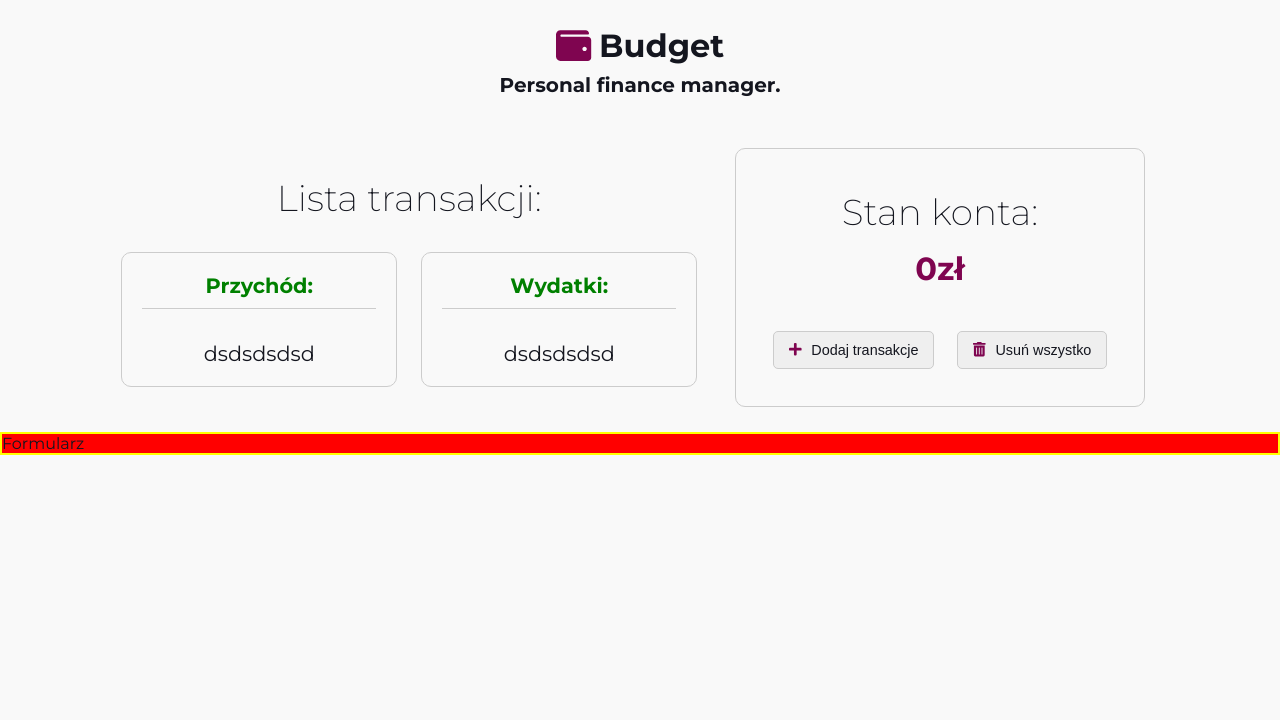
Repository: KrzysKolo/sr_tydzien4_zad4
Page: /
These files come from the project's save history. The page is drawn as it stood at one moment and after the next save; the edit follows.
The browser window is 1280 px wide. The pictures show the whole page.
Some web libraries are served in a nearby version. The project was rebuilt for these pictures with package versions that can differ from the ones it lists, and the page was loaded fresh each time.

Above is the page before, as saved 2020-11-30 09:51:05.

### public/index.html
<!DOCTYPE html>
<html lang="en">
  <head>
    <meta charset="utf-8" />
    <link rel="icon" href="%PUBLIC_URL%/favicon.ico" />
    <meta name="viewport" content="width=device-width, initial-scale=1" />
    <meta name="theme-color" content="#000000" />
    <meta
      name="description"
      content="Web site created using create-react-app"
    />
    <link rel="apple-touch-icon" href="%PUBLIC_URL%/logo192.png" />
    <!--
      manifest.json provides metadata used when your web app is installed on a
      user's mobile device or desktop. See https://developers.google.com/web/fundamentals/web-app-manifest/
    -->
    <link rel="manifest" href="%PUBLIC_URL%/manifest.json" />
    <!--
      Notice the use of %PUBLIC_URL% in the tags above.
      It will be replaced with the URL of the `public` folder during the build.
      Only files inside the `public` folder can be referenced from the HTML.

      Unlike "/favicon.ico" or "favicon.ico", "%PUBLIC_URL%/favicon.ico" will
      work correctly both with client-side routing and a non-root public URL.
      Learn how to configure a non-root public URL by running `npm run build`.
    -->
    <link
      href="https://fonts.googleapis.com/css?family=Montserrat:200,400,700&display=swap&subset=latin-ext"
      rel="stylesheet"
    />
    <script
      src="https://kit.fontawesome.com/327a0d490c.js"
      crossorigin="anonymous"
    ></script>
    <title>Budget</title>
  </head>
  <body>
    <noscript>You need to enable JavaScript to run this app.</noscript>
    <div id="root"></div>
    <!--
      This HTML file is a template.
      If you open it directly in the browser, you will see an empty page.

      You can add webfonts, meta tags, or analytics to this file.
      The build step will place the bundled scripts into the <body> tag.

      To begin the development, run `npm start` or `yarn start`.
      To create a production bundle, use `npm run build` or `yarn build`.
    -->
  </body>
</html>

### src/App.js
import React from 'react';
import Budget from './components/Budget'

const App = () => {
  return (
    <>
      <Budget/>
    </>
  )
}

export default App;

### src/components/Budget.js
import React from 'react';
import Header from './budgetComponents/Header';
import Section from './budgetComponents/Section';
import SectionInfo from './budgetComponents/SectionInfo';
import H2 from './budgetComponents/sectionComponents/H2';
import Form from './budgetComponents/Form';
import styled, { createGlobalStyle } from 'styled-components';

const GlobalStyle = createGlobalStyle`
    * {
        padding: 0;
        margin: 0;
        box-sizing: border-box;
    }
    body {
        background-color: #f9f9f9;
        color: #14161f;
        font-family: "Montserrat", sans-serif;
        font-size: 16px;
        min-height: 100vh;
    }
    `;
const Container = styled.main`
    font-size: 1.5rem;
`;
const SectionContainer = styled.section`
    display: flex;
    flex-direction: row;
    justify-content: center;
    align-items: center;
`;
const SectionBudget = styled.section`
    display: flex;
    flex-direction: column;
    justify-content: center;
    align-items: center;
`;
const DivItems = styled.div`
    display: flex;
    flex-direction: row;
    justify-content: center;
    align-items: center;

`;
const Budget = () => {
    return (
        <>
            <GlobalStyle />
            <Container>
                <Header />
                <SectionContainer>
                    <SectionBudget>
                        <H2 title={"Lista transakcji"} />
                        <DivItems>
                            <Section title={"Przychód"} label={"p"}/>
                            <Section title={"Wydatki"}/>
                        </DivItems>
                    </SectionBudget>
                    <SectionInfo title={"Stan konta"}/>
                </SectionContainer>
            </Container>
            <Form />
        </>
    )
}

export default Budget;

### src/components/budgetComponents/Header.js
import React from 'react';
import styled from 'styled-components';
import { FontAwesomeIcon } from '@fortawesome/react-fontawesome';
import { faWallet } from '@fortawesome/free-solid-svg-icons';

const SectionHeader = styled.header`
    align-items: center;
    color: rgb(127, 5, 80);
    display: flex;
    font-size: 2.2rem;
    flex-direction: column;
    justify-content: center;
    padding: 2%;
`;
const DivHeader = styled.div`
    align-items: center;
    display: flex;
    flex-direction: row;
    justify-content: center;
    margin-bottom: 0.5rem;
`;
const H1Header = styled.h1`
    color: #14161f;
    font-size: 2rem;
    margin-left: .5rem;
`;
const H2Header = styled.h2`
    color: #14161f;
    font-size: 1.25rem;
`;
const Header = () => {
    return (
        <SectionHeader>
            <DivHeader>
                <FontAwesomeIcon icon={faWallet}/>
                <H1Header>Budget</H1Header>
            </DivHeader>
            <H2Header>Personal finance manager.</H2Header>
        </SectionHeader>
    )
}

export default Header;

### src/components/budgetComponents/Section.js
import React from 'react';
import H1 from './sectionComponents/H1';
import styled from 'styled-components';

const SectionWrapper = styled.section`
    border: 1px solid #ccc;
    border-radius: 10px;
    display: flex;
    flex-direction: column;
    font-size: 1.3rem;
    justify-content: center;
    align-items: center;
    margin: 2%;
    padding: 20px;
    width: 300px;
`;
const Section = ({ title, label }) => {
    return (
        <SectionWrapper>
           <H1 title={title} label={label}> </H1>
           <p>dsdsdsdsd</p>
        </SectionWrapper>
    )
}

export default Section;

### src/components/budgetComponents/SectionInfo.js
import React from 'react';
import H2 from './sectionComponents/H2';
import P from './sectionComponents/P';
import Button from './../buttons/Button';
import styled from 'styled-components';
import { FontAwesomeIcon } from '@fortawesome/react-fontawesome';
import { faEllipsisV, faHeart, faPlus,  faTrashAlt, faShareAlt, faAngleDown } from '@fortawesome/free-solid-svg-icons';
const SectionWrapper = styled.section`
    border: 1px solid #ccc;
    border-radius: 10px;
    display: flex;
    flex-direction: column;
    margin: 2vw;
    padding: 2%;
`;
const ButtonWrapper = styled.div`
    display: flex;
    flex-direction: row;
`;
const Section = ({ title }) => {
    return (
        <SectionWrapper>
           <H2 title={title}> </H2>
           <P />
           <ButtonWrapper>
                <Button title={"Dodaj transakcje"} icons={faPlus} type="submit"/>
                <Button title={"Usuń wszystko"} icons={faTrashAlt} type="submit"/>

           </ButtonWrapper>
        </SectionWrapper>
    )
}

export default Section;

### src/components/budgetComponents/sectionComponents/H2.js
import React from 'react'
import styled from 'styled-components';

const TitleH2 = styled.h2`
    font-weight: 200;
    margin: 2% auto;
    padding: 0.5rem;
`;

const H2 = ({title}) => {
    return (
        <TitleH2>
            {title}:
        </TitleH2>
    )
}

export default H2;

### src/components/budgetComponents/Form.js
import React from 'react';
import styled, { createGlobalStyle }from 'styled-components';

const FormWrapper = styled.form`
    background-color: red;
    border: 2px double yellow;
`;

const Form = () => {
    return (
        <FormWrapper>
            Formularz
        </FormWrapper>
    )
}

export default Form;

### src/components/budgetComponents/sectionComponents/H1.js
import React from 'react'
import styled from 'styled-components';

const TitleH1 = styled.h1`
    border-bottom: 1px solid #ccc;
    color: ${label => label ? 'green' : 'red'};
    margin-bottom: 2rem;
    padding-bottom: 10px;
    display: block;
    width: 100%;
    text-align: center;
`;

const H1 = ({title, label}) => {
    return (
        <TitleH1>
            {title}:
        </TitleH1>
    )
}

export default H1;

### src/components/budgetComponents/sectionComponents/P.js
import React from 'react';
import styled from 'styled-components';

const InfoP = styled.p`
    color: rgb(127, 5, 80);
    font-size: 2rem;
    font-weight: bold;
    width: 100%auto;
    text-align: center;
    padding-bottom: 2rem;
`;

const P = () => {
    return (
        <InfoP>
            0zł
        </InfoP>
    )
}

export default P;

### src/components/buttons/Button.js
import React from 'react';
import styled from 'styled-components';
import { FontAwesomeIcon } from '@fortawesome/react-fontawesome';

const ButtonDiv = styled.button`
    border: 1px solid #ccc;
    border-radius: 5px;
    margin: 0.7rem;
    padding: 10px 15px;
    display: flex;
    flex-direction: row;
    color: rgb(127, 5, 80);
    font-size: 0.9rem;
    cursor: pointer;
    transition: 0.3s ease-in-out;
    &:hover {
        border: 1px solid rgba(127, 5, 80, 0.4);
        background-color:  #f9f9f9;
        color: rgba(127, 5, 80, 0.5);
    }
`;
const ButtobDiv = styled.div`
    margin-left: 10px;
    color: #14161f;
`;
const Button = ({ title, icons }) => {
    return (
        <ButtonDiv>
            <FontAwesomeIcon icon={icons} />
            <ButtobDiv>{title}</ButtobDiv>
        </ButtonDiv>
    )
}

export default Button;

Loaded but not shown: src/index.js (common file); src/index.css (common file)

After the next save:
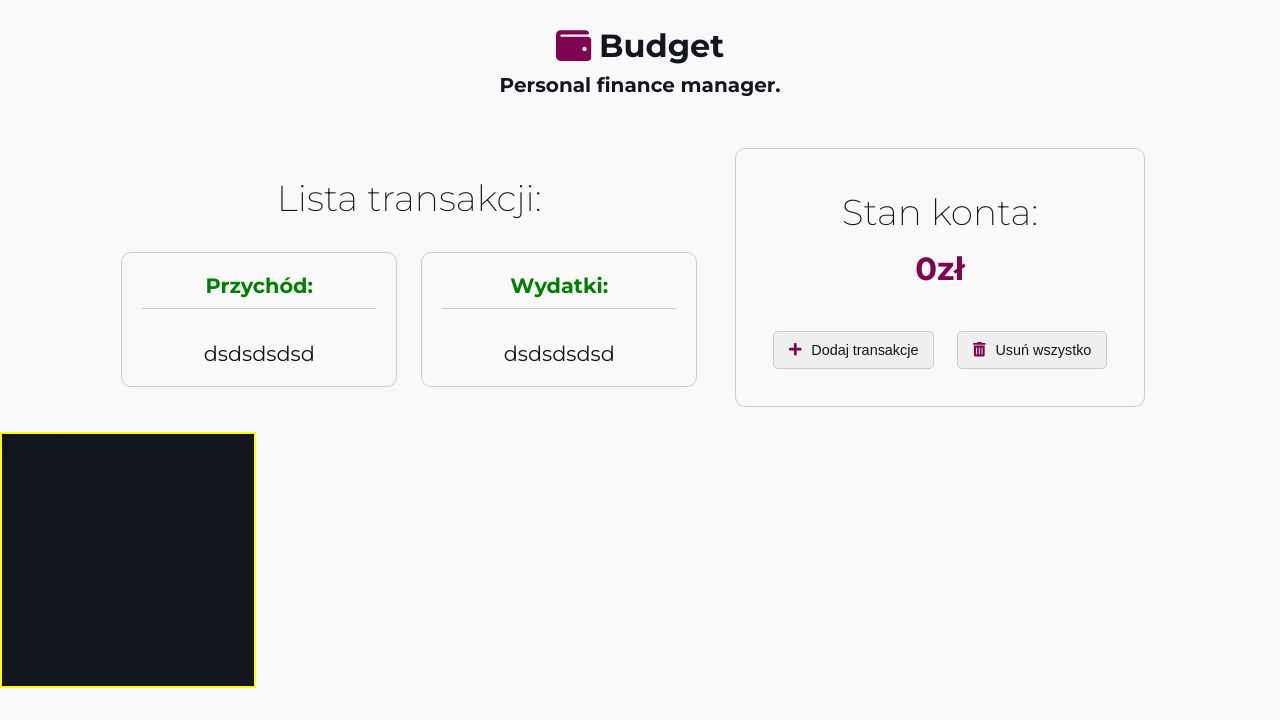
Saved 2 min 29 s later.
--- a/src/components/budgetComponents/Form.js
+++ b/src/components/budgetComponents/Form.js
@@ -2,8 +2,10 @@ import React from 'react';
 import styled, { createGlobalStyle }from 'styled-components';
 
 const FormWrapper = styled.form`
-    background-color: red;
+    background-color: #14161f;
     border: 2px double yellow;
+    width: 20vw;
+    height: 20vw;
 `;
 
 const Form = () => {
